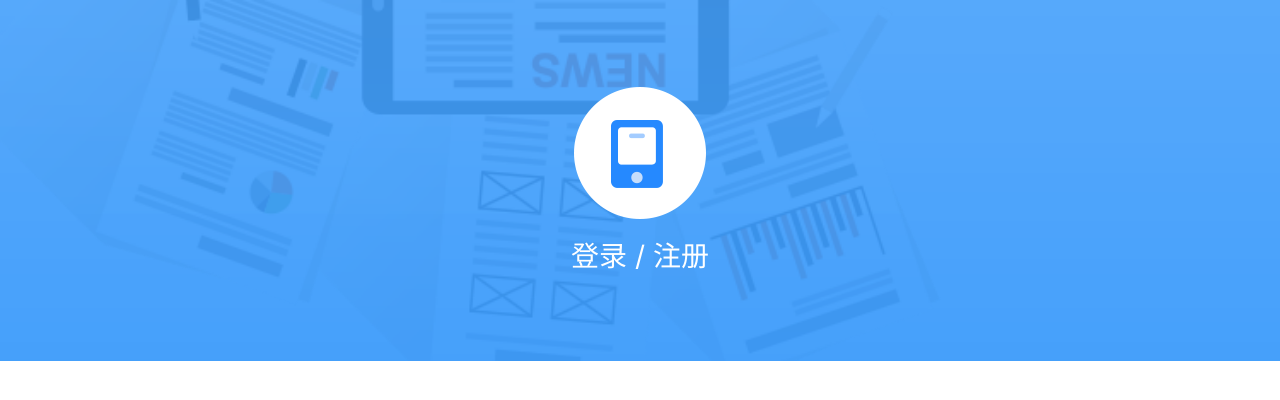
Repository: Tsukiau/yj-toutiao-m
Page: /#/my
These files come from the project's save history. The page is drawn as it stood at one moment and after the next save; the edit follows.
The browser window is 1280 px wide. The pictures show the whole page.
The project was rebuilt for these pictures with package versions that can differ from the ones it lists, and the page was loaded fresh each time. Also part of the build but not shown: vue.config.js.

Above is the page before, as saved 2022-11-04 15:46:29.

After the next save:
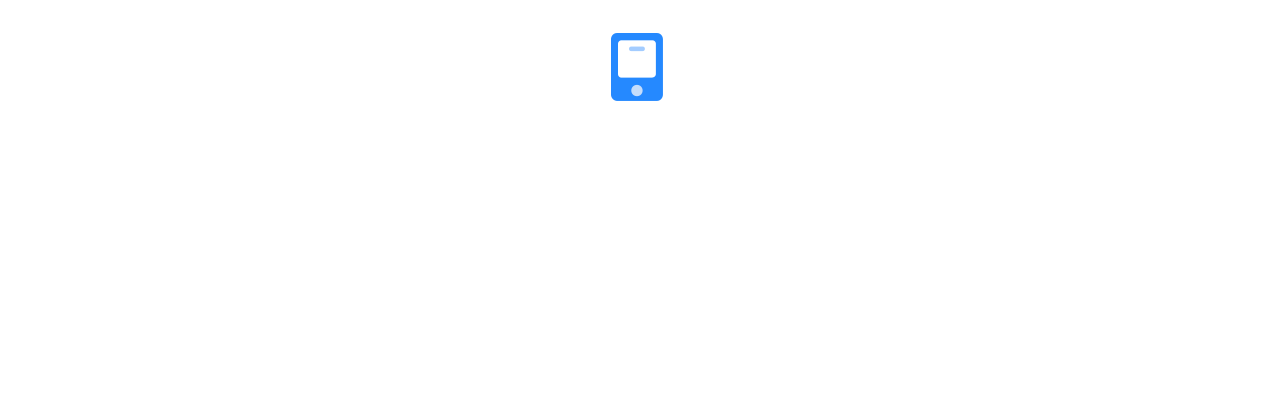
Saved 12 s later.
--- a/src/views/my/index.vue
+++ b/src/views/my/index.vue
@@ -20,11 +20,11 @@
 
 <style scoped lang="less">
 .my-container {
-  .header {
+/*   .header {
     height: 361px;
     background: url('~@/assets/banner.png');
     background-size: cover;
-  }
+  } */
 
   .not-login {
     display: flex;

After the save that followed:
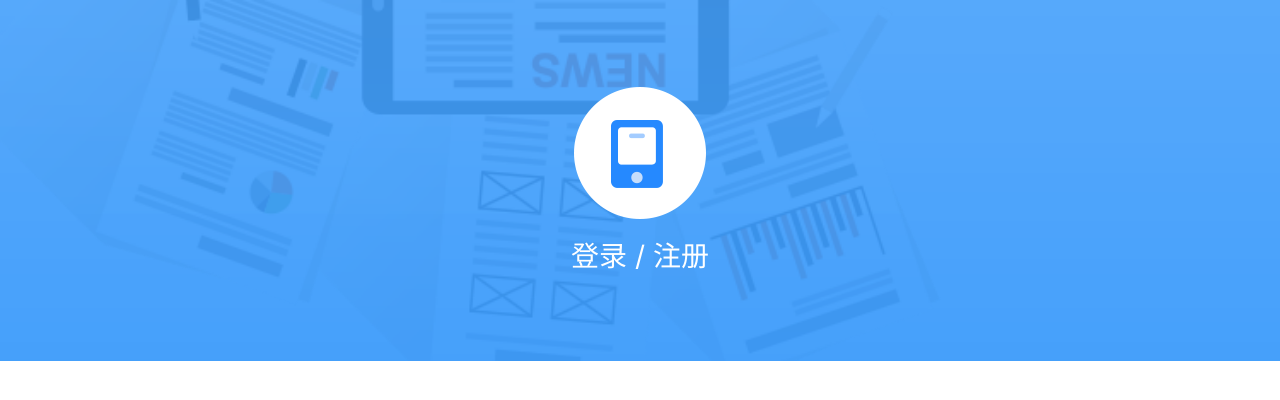
Saved 5 s later.
--- a/src/views/my/index.vue
+++ b/src/views/my/index.vue
@@ -20,11 +20,11 @@
 
 <style scoped lang="less">
 .my-container {
-/*   .header {
+  .header {
     height: 361px;
     background: url('~@/assets/banner.png');
     background-size: cover;
-  } */
+  }
 
   .not-login {
     display: flex;
